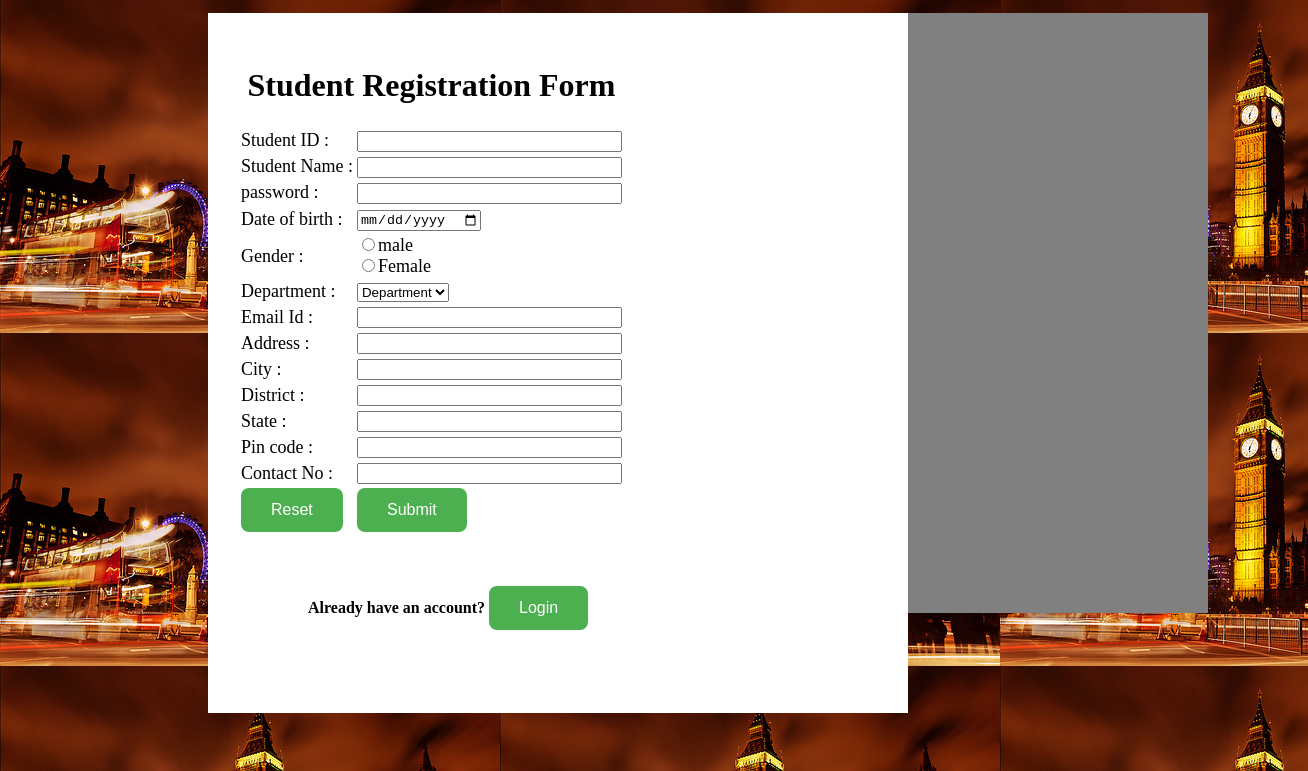
Repository: srikanthModugu/jdbc-servlet-jsp
Page: SutudentRegistration/WebContent/Registration.html
The author's editor kept a copy of each file at every save. The page is drawn from the files as they stood at one save, then again after the next save.
The browser window is 1280 px wide. The page is 1308 px wide, so the pictures cover 1308 px, including what lies to the right of the window. The pictures show the whole page.

Above is the page before, as saved 2017-10-02 14:40:09.
Console error: SyntaxError: Unexpected end of input

After the next save:
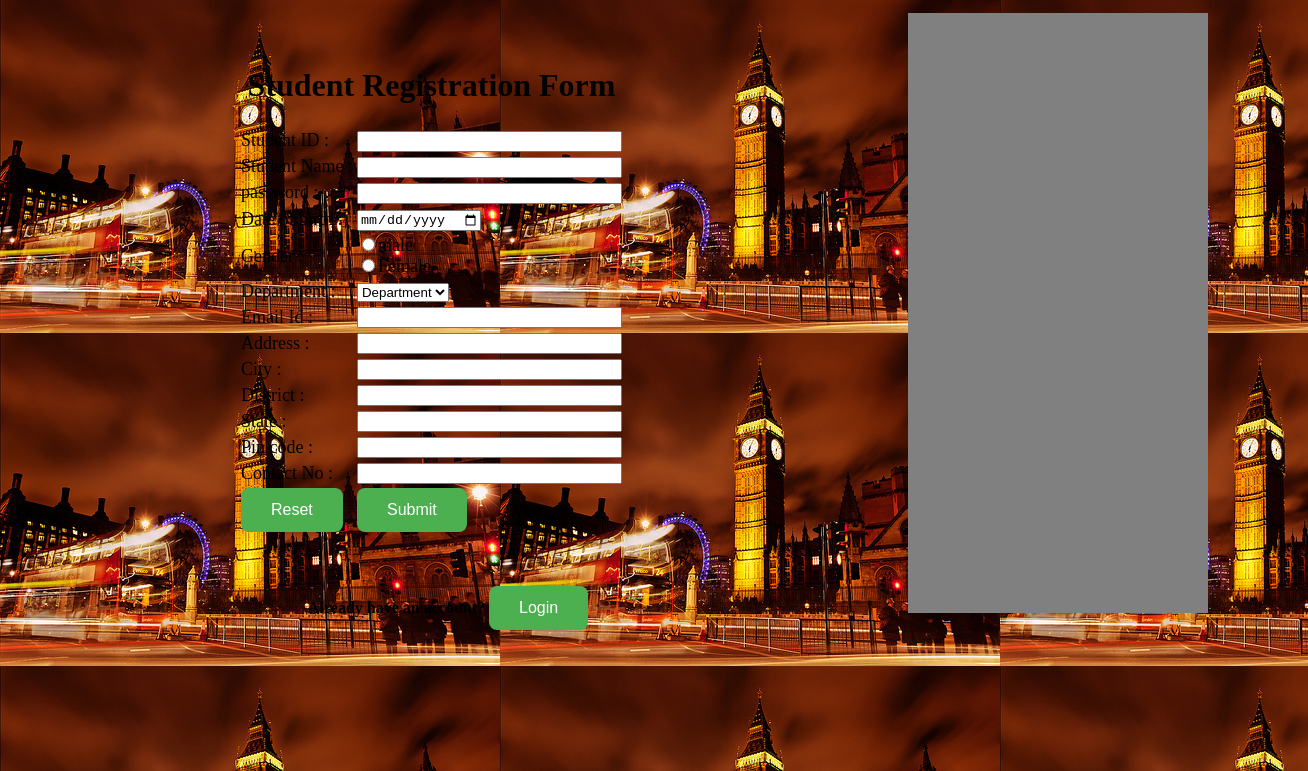
Saved 47 s later.
--- a/SutudentRegistration/WebContent/Registration.html
+++ b/SutudentRegistration/WebContent/Registration.html
@@ -72,9 +72,9 @@ function validateform(){
 			</div>
 
 			<div
-				style="height: 700px; width: 700px; background-color: white; color: black; float: left;">
+				style="height: 700px; width: 700px;  color: black; float: left;">
 				<form action="Registerformservlet" method="get"  onsubmit="return validateform()" name="myform"  >
-					<table style="height: 600; width: 700; margin: 30px; background-color:; color: black;">
+					<table style="height: 600; width: 700; margin: 30px;  color: black;">
 
 						<tr>
 							<th colspan="2"><h1>Student Registration Form</h1></th>
@@ -163,7 +163,7 @@ function validateform(){
 					</table>
 
 					<div
-						style="height: 25px; width: 400px; background-color: white; color: black; float: left; margin-left: 100px">
+						style="height: 25px; width: 400px;  color: black; float: left; margin-left: 100px">
 						<h4>
 							Already have an account?
 							<button type="submit" formaction="LoginPage.html">Login</button>
